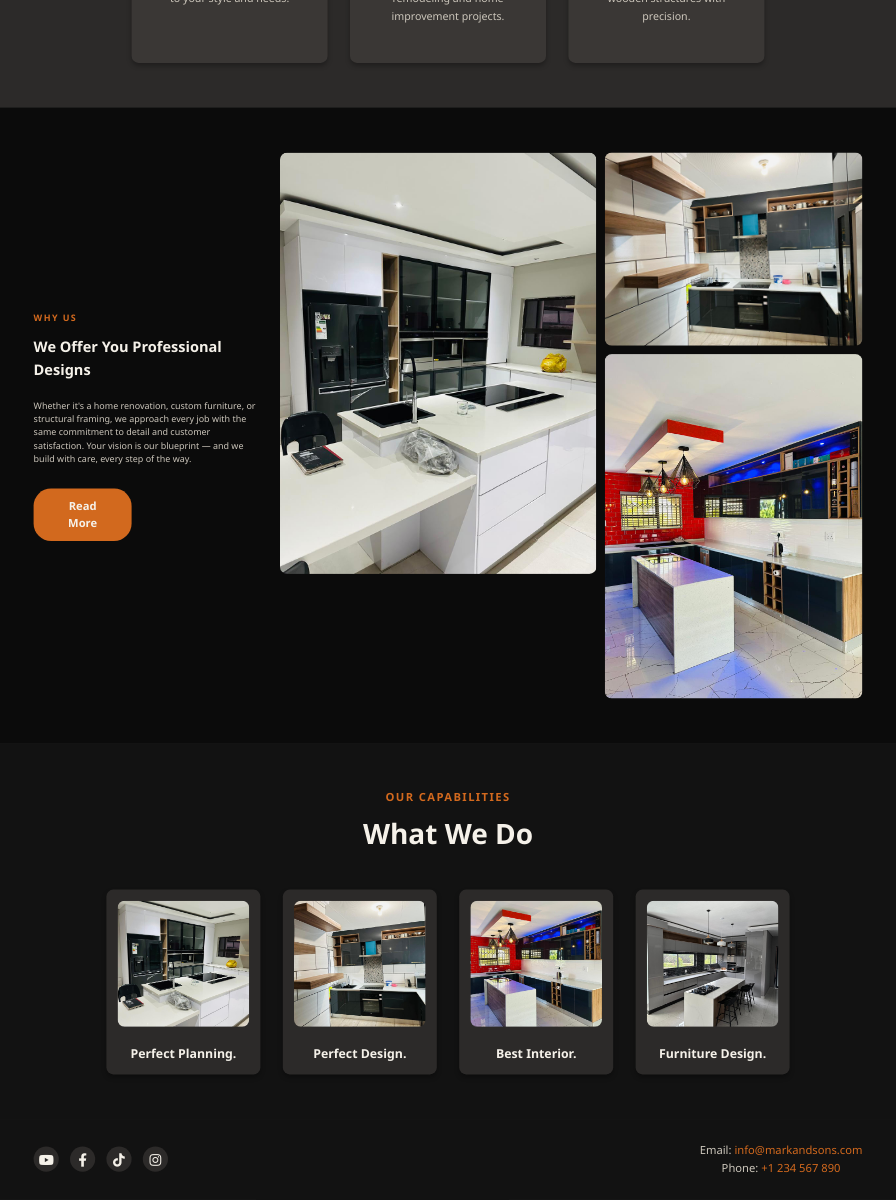
Repository: VallowEvido/Mark-SonsProjects
Page: home.html
An editor plug-in stored every save of this project. The page is shown before and after a run of saves, followed by the edit.
The browser window is 1280 px wide. The pictures show the part of the page from y = 917 to 2837 px (the page is 2631 px tall before and 2837 px after), at 70% of full size.

Above is the page before, as saved 2025-07-18 21:13:31.

### home.html
<!DOCTYPE html>
<html lang="en">
<head>
  <meta charset="UTF-8" />
  <meta name="viewport" content="width=device-width, initial-scale=1" />
  <title>Mark&Sons Projects</title>
  <link rel="stylesheet" href="styles.css" />
  <link rel="stylesheet" href="https://cdnjs.cloudflare.com/ajax/libs/font-awesome/6.4.0/css/all.min.css" />
</head>
<body>
<nav>
  <div class="logo">Mark&Sons Projects</div>
  <ul>
    <li><a href="home.html" class="active">Home</a></li>
    <li><a href="about.html">About</a></li>
    <li><a href="#">Services</a></li>
    <li><a href="projects.html">Projects</a></li>
    <li><a href="contact.html">Contact</a></li>
  </ul>
</nav>

  <section class="hero">
    <div class="hero-content">
      <h1>Good Design for Stylish Living.<br />Make your home Modern.</h1>
      <p>We provide quality carpentry and interior design services to make your home beautiful and functional.</p>
      <a href="#services" class="btn">Our Services</a>
    </div>
  </section>

  <section id="services" class="services">
    <div class="service-card">
      <div class="service-icon"><i class="fas fa-pencil-alt"></i></div>
      <h3>Custom furniture</h3>
      <p>Handcrafted furniture tailored to your style and needs.</p>
    </div>
    <div class="service-card">
      <div class="service-icon"><i class="fas fa-paint-roller"></i></div>
      <h3>Home Renovations</h3>
      <p>Expert carpentry for remodeling and home improvement projects.</p>
    </div>
    <div class="service-card">
      <div class="service-icon"><i class="fas fa-bed"></i></div>
      <h3>Wood Repairs</h3>
      <p>Restoring and repairing wooden structures with precision.</p>
    </div>
  </section>

  <section class="why-us">
    <div class="why-us-content">
      <h5>WHY US</h5>
      <h2>We Offer You Professional Designs</h2>
      <p>Whether it's a home renovation, custom furniture, or structural framing, we approach every job with the same commitment to detail and customer satisfaction. Your vision is our blueprint — and we build with care, every step of the way.</p>
      <a href="#" class="btn btn-pink">Read More</a>
    </div>
    <div class="why-us-images">
      <div class="large-image">
        <img src="images/kitchen/IMG-20241116-WA0012.jpg" alt="Interior Design 1" />
      </div>
      <div class="small-images">
        <img src="images/kitchen/IMG-20241116-WA0014.jpg" alt="Interior Design 2" />
        <img src="images/kitchen/IMG-20241116-WA0015.jpg" alt="Interior Design 3" />
      </div>
    </div>
  </section>

  <section class="capabilities">
    <div class="capabilities-header">
      <h5>OUR CAPABILITIES</h5>
      <h2>What We Do</h2>
    </div>
    <div class="capabilities-cards">
      <div class="capability-card">
        <img src="images/kitchen/IMG-20241116-WA0012.jpg" alt="Perfect Planning" />
        <h3>Perfect Planning.</h3>
      </div>
      <div class="capability-card">
        <img src="images/kitchen/IMG-20241116-WA0014.jpg" alt="Perfect Design" />
        <h3>Perfect Design.</h3>
      </div>
      <div class="capability-card">
        <img src="images/kitchen/IMG-20241116-WA0015.jpg" alt="Best Interior" />
        <h3>Best Interior.</h3>
      </div>
      <div class="capability-card">
        <img src="images/kitchen/IMG-20241116-WA0016.jpg" alt="Furniture Design" />
        <h3>Furniture Design.</h3>
      </div>
    </div>
  </section>

  <footer class="site-footer">
    <div class="footer-container">
      <div class="social-icons">
        <a href="#" aria-label="YouTube" class="youtube"><i class="fab fa-youtube"></i></a>
        <a href="#" aria-label="Facebook" class="facebook"><i class="fab fa-facebook-f"></i></a>
        <a href="#" aria-label="TikTok" class="tiktok"><i class="fab fa-tiktok"></i></a>
        <a href="#" aria-label="Instagram" class="instagram"><i class="fab fa-instagram"></i></a>
      </div>
      <div class="contact-details">
        <p>Email: <a href="mailto:info@markandsons.com">info@markandsons.com</a></p>
        <p>Phone: <a href="tel:+1234567890">+1 234 567 890</a></p>
      </div>
    </div>
  </footer>
</body>
</html>

Loaded but not shown: styles.css (1427 lines, source omitted)

After the next 10 saves:
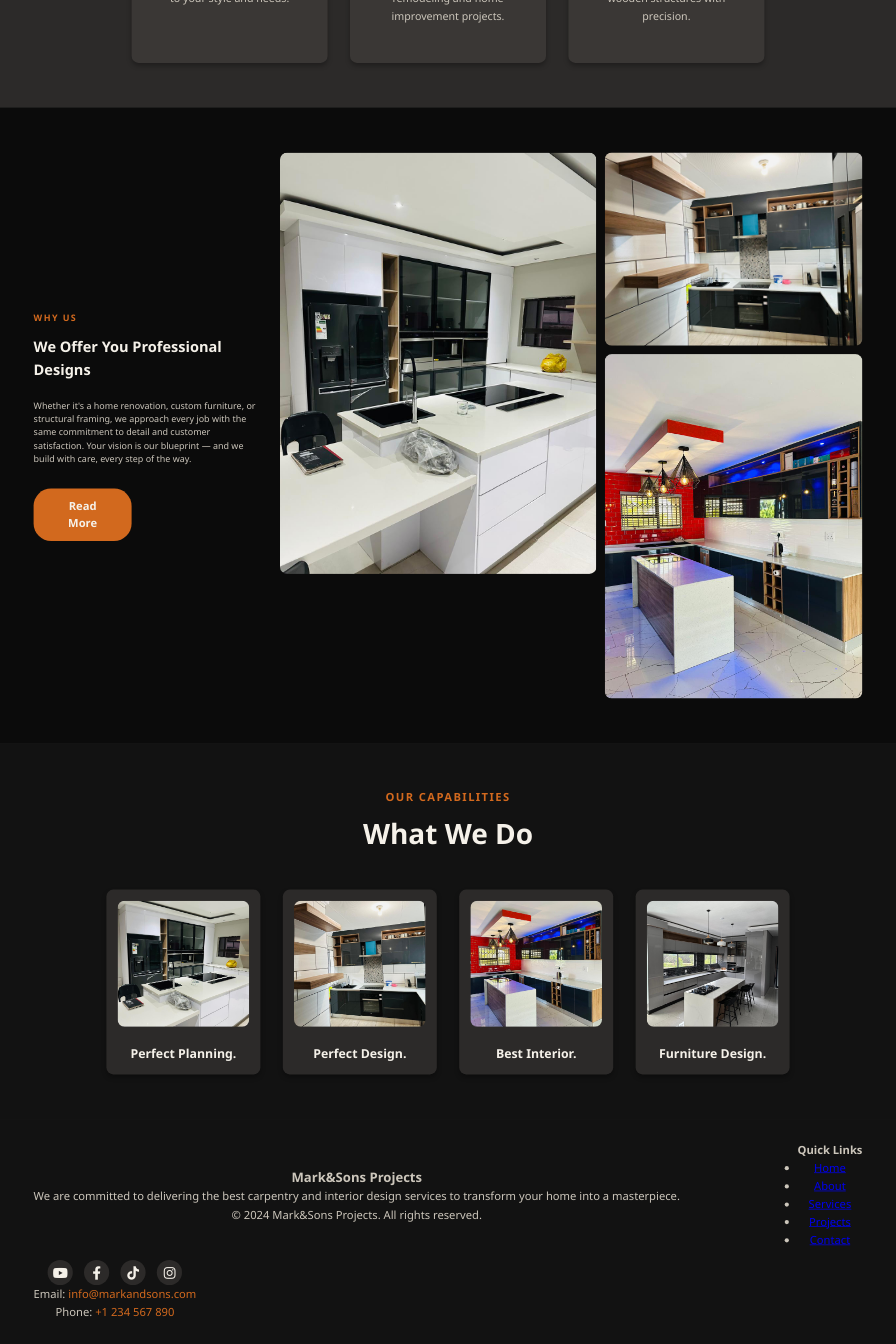
The 10 saves are shown as one change because they came seconds apart.
The last was saved 31 min 26 s later.
--- a/home.html
+++ b/home.html
@@ -90,15 +90,32 @@
 
   <footer class="site-footer">
     <div class="footer-container">
-      <div class="social-icons">
-        <a href="#" aria-label="YouTube" class="youtube"><i class="fab fa-youtube"></i></a>
-        <a href="#" aria-label="Facebook" class="facebook"><i class="fab fa-facebook-f"></i></a>
-        <a href="#" aria-label="TikTok" class="tiktok"><i class="fab fa-tiktok"></i></a>
-        <a href="#" aria-label="Instagram" class="instagram"><i class="fab fa-instagram"></i></a>
+      <div class="footer-left">
+        <h3>Mark&Sons Projects</h3>
+        <p>We are committed to delivering the best carpentry and interior design services to transform your home into a masterpiece.</p>
+        <p class="rights">© 2024 Mark&Sons Projects. All rights reserved.</p>
       </div>
-      <div class="contact-details">
-        <p>Email: <a href="mailto:info@markandsons.com">info@markandsons.com</a></p>
-        <p>Phone: <a href="tel:+1234567890">+1 234 567 890</a></p>
+      <div class="footer-center">
+        <h4>Quick Links</h4>
+        <ul class="footer-links">
+          <li><a href="home.html">Home</a></li>
+          <li><a href="about.html">About</a></li>
+          <li><a href="services.html">Services</a></li>
+          <li><a href="projects.html">Projects</a></li>
+          <li><a href="contact.html">Contact</a></li>
+        </ul>
+      </div>
+      <div class="footer-right">
+        <div class="social-icons">
+          <a href="#" aria-label="YouTube" class="youtube"><i class="fab fa-youtube"></i></a>
+          <a href="#" aria-label="Facebook" class="facebook"><i class="fab fa-facebook-f"></i></a>
+          <a href="#" aria-label="TikTok" class="tiktok"><i class="fab fa-tiktok"></i></a>
+          <a href="#" aria-label="Instagram" class="instagram"><i class="fab fa-instagram"></i></a>
+        </div>
+        <div class="contact-details">
+          <p>Email: <a href="mailto:info@markandsons.com">info@markandsons.com</a></p>
+          <p>Phone: <a href="tel:+1234567890">+1 234 567 890</a></p>
+        </div>
       </div>
     </div>
   </footer>
